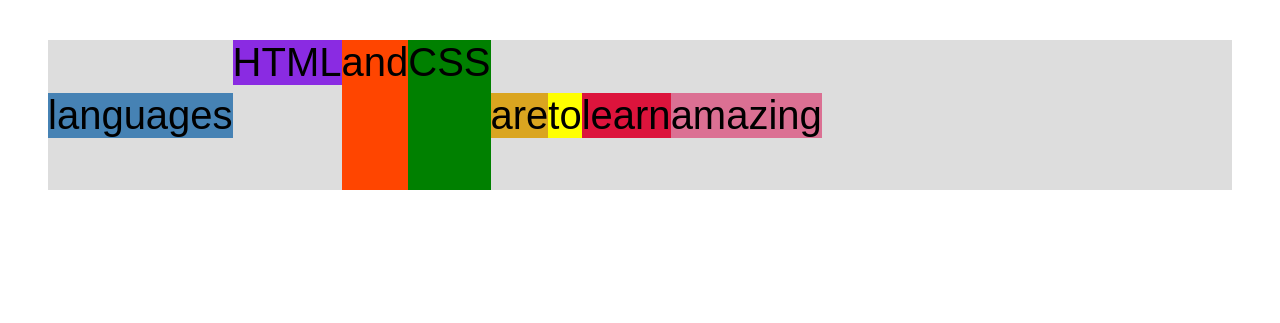
Repository: nghiakma/HTML-CSS-Fundamental
Page: HTML/flexbox.html
These files come from the project's save history. The page is drawn as it stood at one moment and after the next save; the edit follows.
The browser window is 1280 px wide. The pictures show the whole page.

Above is the page before, as saved 2023-08-23 12:40:50.

After the next save:
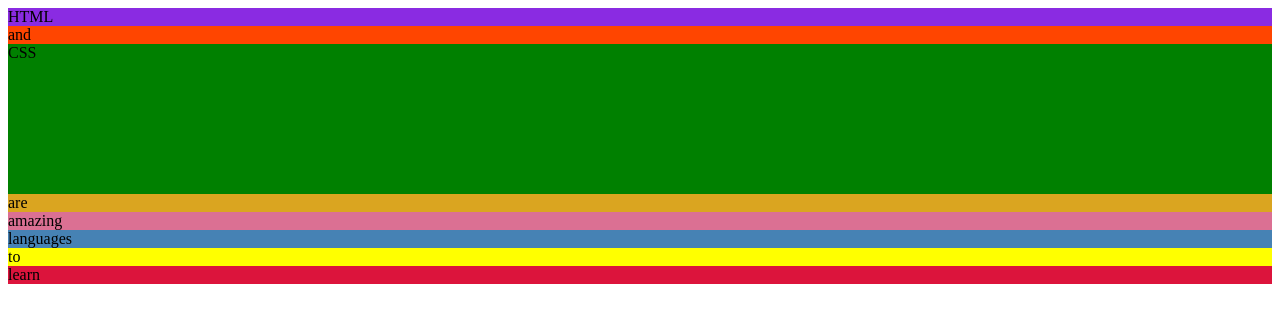
Saved 77 s later.
--- a/HTML/flexbox.html
+++ b/HTML/flexbox.html
@@ -46,6 +46,8 @@
       background-color: crimson;
     }
 
+    .e
+
     /*Vung chua flex lay chieu cao cua phan tu cao nhat*/
     .container {
       /* STARTER */

After the save that followed:
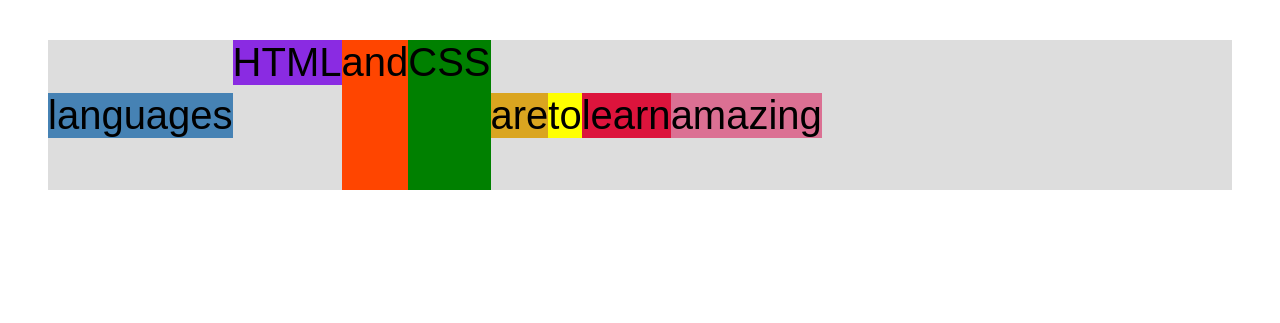
Saved 2 min 20 s later.
--- a/HTML/flexbox.html
+++ b/HTML/flexbox.html
@@ -46,7 +46,9 @@
       background-color: crimson;
     }
 
-    .e
+    .el {
+      margin-right: ;
+    }
 
     /*Vung chua flex lay chieu cao cua phan tu cao nhat*/
     .container {
